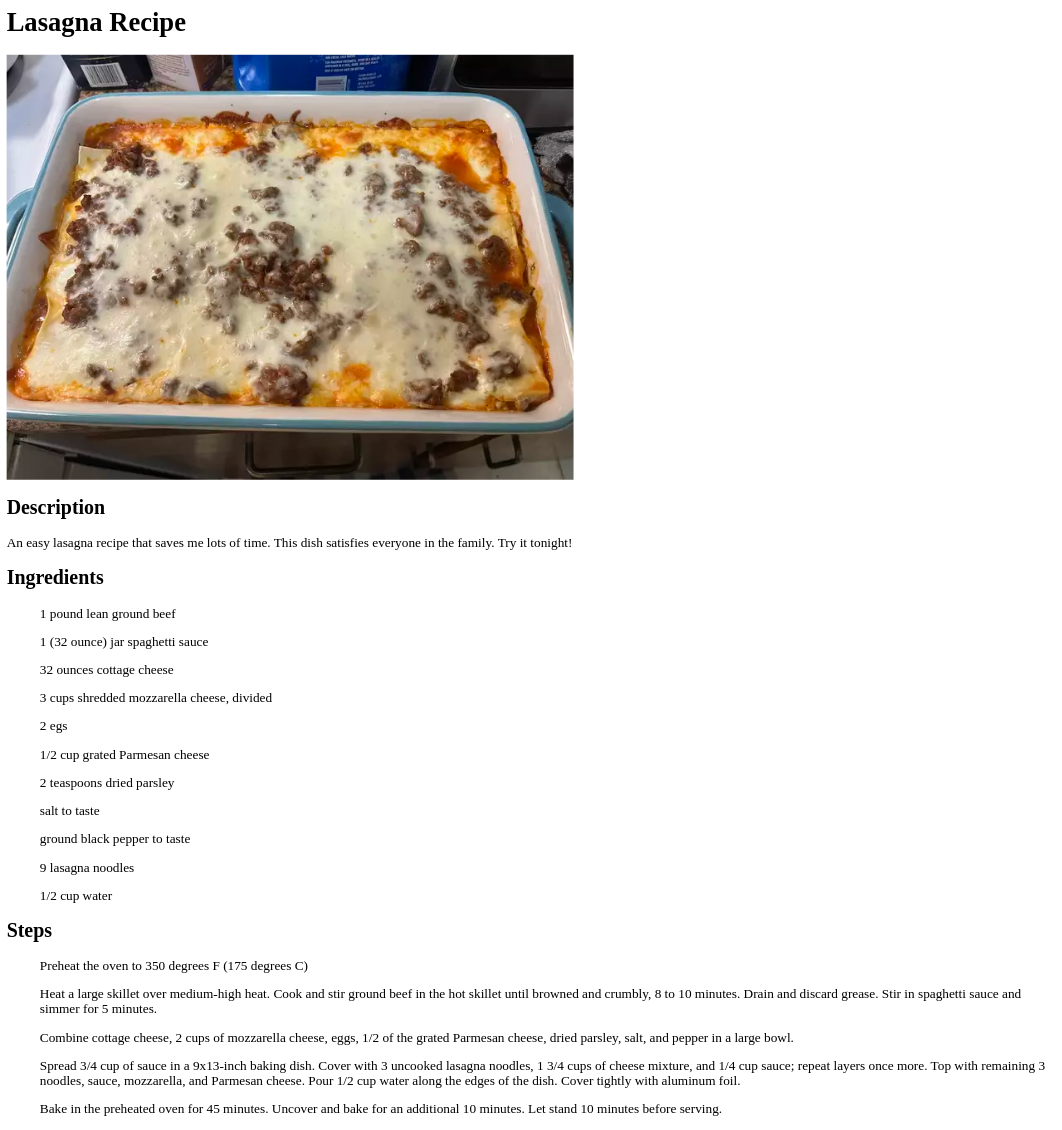
Repository: rsoetydev/odin-recipes
Page: recipes/lasagna.html
The author's editor kept a copy of each file at every save. The page is drawn from the files as they stood at one save, then again after the next save.
The browser window is 1280 px wide. The pictures show the whole page, at 83% of full size.

Above is the page before, as saved 2023-11-25 11:01:52.

After the next save:
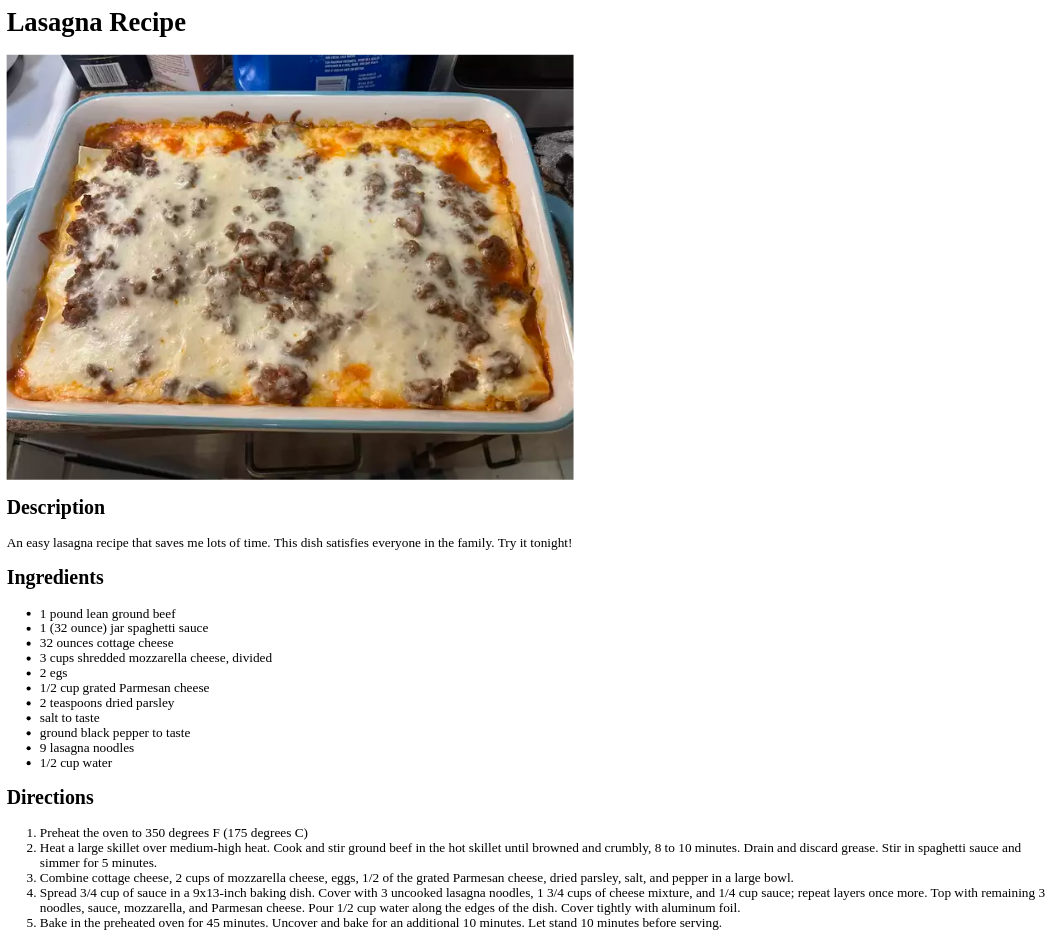
Saved 4 min 25 s later.
--- a/recipes/lasagna.html
+++ b/recipes/lasagna.html
@@ -5,21 +5,25 @@
 <p>An easy lasagna recipe that saves me lots of time. This dish satisfies everyone in the family. Try it tonight!</p>
 
 <h2>Ingredients</h2>
-<ul>1 pound lean ground beef</ul>
-<ul>1 (32 ounce) jar spaghetti sauce</ul>
-<ul>32 ounces cottage cheese</ul>
-<ul>3 cups shredded mozzarella cheese, divided</ul>
-<ul>2 egs</ul>
-<ul>1/2 cup grated Parmesan cheese</ul>
-<ul>2 teaspoons dried parsley</ul>
-<ul>salt to taste</ul>
-<ul>ground black pepper to taste</ul>
-<ul>9 lasagna noodles</ul>
-<ul>1/2 cup water</ul>
+<ul>
+    <li>1 pound lean ground beef</li>
+    <li>1 (32 ounce) jar spaghetti sauce</li>
+    <li>32 ounces cottage cheese</li>
+    <li>3 cups shredded mozzarella cheese, divided</li>
+    <li>2 egs</li>
+    <li>1/2 cup grated Parmesan cheese</li>
+    <li>2 teaspoons dried parsley</li>
+    <li>salt to taste</li>
+    <li>ground black pepper to taste</li>
+    <li>9 lasagna noodles</li>
+    <li>1/2 cup water</li>
+</ul>
 
-<h2>Steps</h2>
-<ol>Preheat the oven to 350 degrees F (175 degrees C)</ol>
-<ol>Heat a large skillet over medium-high heat. Cook and stir ground beef in the hot skillet until browned and crumbly, 8 to 10 minutes. Drain and discard grease. Stir in spaghetti sauce and simmer for 5 minutes.</ol>
-<ol>Combine cottage cheese, 2 cups of mozzarella cheese, eggs, 1/2 of the grated Parmesan cheese, dried parsley, salt, and pepper in a large bowl.</ol>
-<ol>Spread 3/4 cup of sauce in a 9x13-inch baking dish. Cover with 3 uncooked lasagna noodles, 1 3/4 cups of cheese mixture, and 1/4 cup sauce; repeat layers once more. Top with remaining 3 noodles, sauce, mozzarella, and Parmesan cheese. Pour 1/2 cup water along the edges of the dish. Cover tightly with aluminum foil.</ol>
-<ol>Bake in the preheated oven for 45 minutes. Uncover and bake for an additional 10 minutes. Let stand 10 minutes before serving.</ol>
+<h2>Directions</h2>
+<ol>
+    <li>Preheat the oven to 350 degrees F (175 degrees C)</li>
+    <li>Heat a large skillet over medium-high heat. Cook and stir ground beef in the hot skillet until browned and crumbly, 8 to 10 minutes. Drain and discard grease. Stir in spaghetti sauce and simmer for 5 minutes.</li>
+    <li>Combine cottage cheese, 2 cups of mozzarella cheese, eggs, 1/2 of the grated Parmesan cheese, dried parsley, salt, and pepper in a large bowl.</li>
+    <li>Spread 3/4 cup of sauce in a 9x13-inch baking dish. Cover with 3 uncooked lasagna noodles, 1 3/4 cups of cheese mixture, and 1/4 cup sauce; repeat layers once more. Top with remaining 3 noodles, sauce, mozzarella, and Parmesan cheese. Pour 1/2 cup water along the edges of the dish. Cover tightly with aluminum foil.</li>
+    <li>Bake in the preheated oven for 45 minutes. Uncover and bake for an additional 10 minutes. Let stand 10 minutes before serving.</li>
+</ol>
